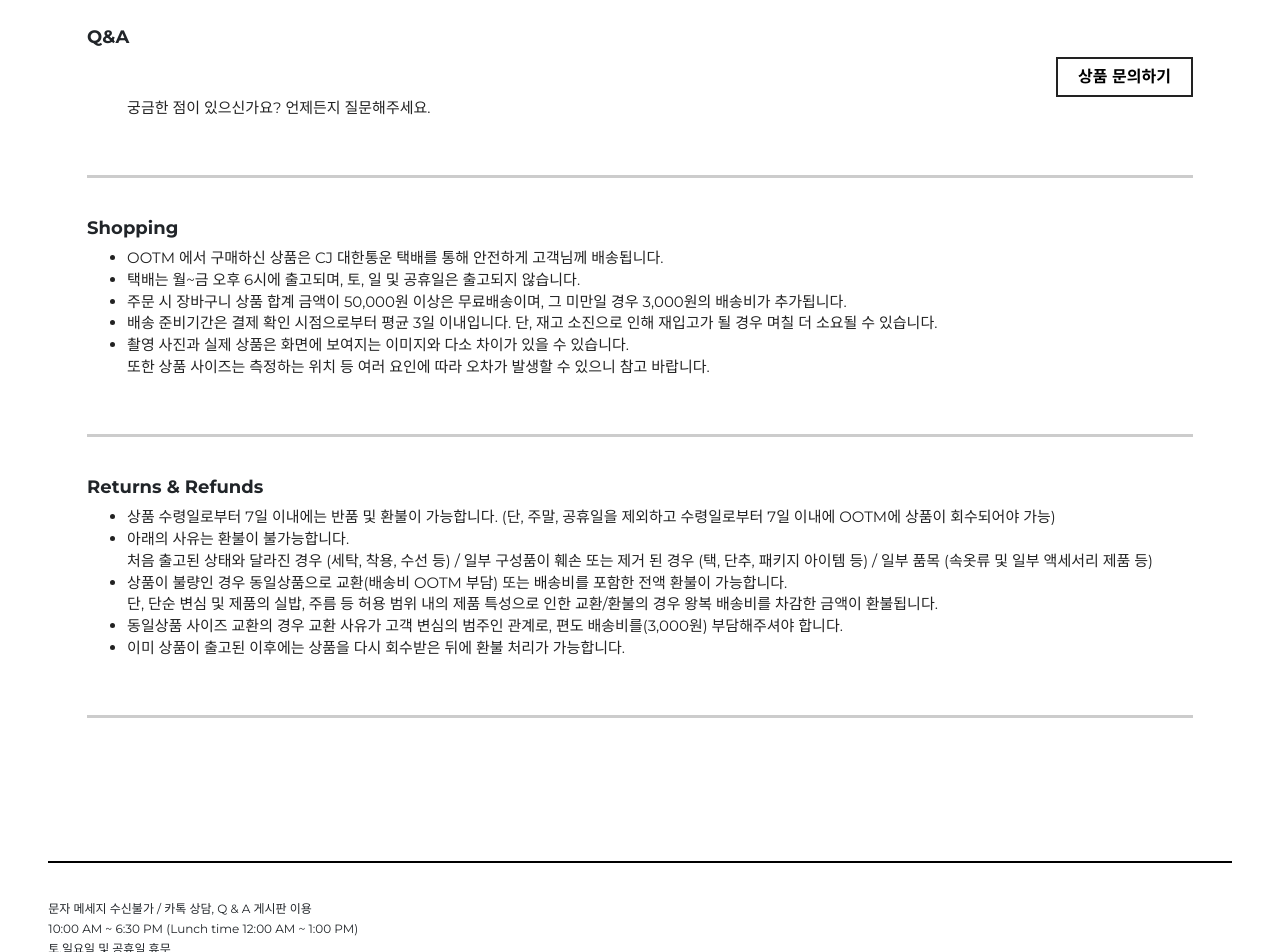
Repository: parkjunhoo/ootm
Page: ootm/src/main/webapp/html/1.html
The author's editor kept a copy of each file at every save. The page is drawn from the files as they stood at one save, then again after the next save.
The browser window is 1280 px wide. The pictures show the part of the page from y = 1776 to 2728 px (the page is 3130 px tall before and 3092 px after).
A picture or video elsewhere on the page could not be fetched, so the positions and the page height are approximate.

Above is the page before, as saved 2023-04-23 18:52:12.

### ootm/src/main/webapp/html/1.html

<!DOCTYPE html>
<html lang="ko">
<head>
<meta charset="UTF-8">
<meta name="viewport" content="width=device-width, initial-scale=1.0">
<link
	href="https://maxcdn.bootstrapcdn.com/bootstrap/4.5.2/css/bootstrap.min.css"
	rel="stylesheet">
<link
	href="https://fonts.googleapis.com/css?family=Montserrat:400,500,700"
	rel="stylesheet">
<link href="https://fonts.googleapis.com/earlyaccess/notosanskr.css"
	rel="stylesheet">

<title>홈쇼핑웹 상품 상세 페이지</title>
<link rel="icon" href="/ootm/images/favicon.ico">
<link rel="stylesheet" href="/ootm/css/1.css">

<script
	src="https://ajax.googleapis.com/ajax/libs/jquery/3.5.1/jquery.min.js"></script>
<script
	src="https://cdnjs.cloudflare.com/ajax/libs/popper.js/1.16.0/umd/popper.min.js"></script>
<script
	src="https://maxcdn.bootstrapcdn.com/bootstrap/4.5.2/js/bootstrap.min.js"></script>
<link
	href="https://maxcdn.bootstrapcdn.com/bootstrap/4.5.2/css/bootstrap.min.css"
	rel="stylesheet">
<link rel="stylesheet"
	href="https://cdnjs.cloudflare.com/ajax/libs/font-awesome/4.7.0/css/font-awesome.min.css">
<link rel="stylesheet" type="text/css" href="/ootm/component/header/header.css"/>
<link rel="stylesheet" type="text/css" href="/ootm/component/footer/footer.css"/>
      <style>
        .content-container {
            margin-left: 70px;
            margin-right: 70px;
        }
    </style>
</head>
<body>
	<header-component logoDark="true" logoHoverDark="true" mTextColor="black" bgHoverColor="#F9F9F9" menuBtnColor="black"></header-component>
	<div class="content-container">
	<!-- 섹션 1: 제품 이름 및 구매 버튼 -->

	<section style="padding-top:150px;">
		<h1>B 라벨 카라 T - NEW</h1>
		<span class="price-now">34,000</span>
		<div class="option-detail">
			Free : 95~105<br> 디테일 수정 및 컬러 변경 ! <br> 한경 : 170/58,
			베이지(삭제) 그린 블루(삭제) 블랙 착용<br> 이탁 : 170/52, 그레이 착용 - 추 후 피팅사진 업데이트
			예정
		</div>
		<div class="text-center">
			<div id="carouselExample" class="carousel slide" data-ride="carousel carousel-dark">
				<div class="carousel-inner">
					<div class="carousel-item active">
						<img src="../images/A.jpg" class="d-block w-50" alt="제품 이미지 1">
					</div>
					<div class="carousel-item">
						<img src="../images/B.jpg" class="d-block w-50" alt="제품 이미지 2">
					</div>
					<div class="carousel-item">
						<img src="../images/C.jpg" class="d-block w-50" alt="제품 이미지 3">
					</div>
				</div>
				<a class="carousel-control-prev" href="#carouselExample"
					role="button" data-slide="prev"> <span
					class="carousel-control-prev-icon" aria-hidden="true"></span> <span
					class="sr-only">이전</span>
				</a> <a class="carousel-control-next" href="#carouselExample"
					role="button" data-slide="next"> <span
					class="carousel-control-next-icon" aria-hidden="true"></span> <span
					class="sr-only">다음</span>
				</a>
			</div>
		</div>
		<!-- 위시리스트 버튼 -->
		<button class="wishlist-btn" onclick="toggleWishlist(this)">
		  <i class="fa fa-heart-o" aria-hidden="true"></i>
		</button>
		<script src="https://kit.fontawesome.com/your-font-awesome-kit.js" crossorigin="anonymous"></script>

		<button class="buy-now-button" data-toggle="modal" data-target="#orderModal">BUY NOW</button>
	</section>
	<!-- 팝업 상품 주문 폼 -->

	<div class="modal fade" id="orderModal" tabindex="-1" role="dialog"
		aria-labelledby="orderModalLabel" aria-hidden="true">
		<div class="modal-dialog" role="document">
			<div class="modal-content">
				<div class="modal-header">
					<h5 class="modal-title" id="orderModalLabel">상품 주문 폼</h5>
					<button type="button" class="close" data-dismiss="modal"
						aria-label="Close">
						<span aria-hidden="true">&times;</span>
					</button>
				</div>
				<div class="modal-body">
					<h3>옵션과 수량 선택</h3>
					<hr>
					<h4>컬러</h4>
					<button class="color-btn" onclick="selectColor(this)">Black</button>
					<button class="color-btn" onclick="selectColor(this)">Green</button>
					<button class="color-btn" onclick="selectColor(this)">Gray</button>
					<h4>사이즈</h4>
					<button class="size-btn" onclick="selectSize(this)">Free</button>

					<h4>수량</h4>
					<div class="quantity-container">
						<button class="quantity-btn" onclick="decreaseQuantity()">-</button>
						<input type="text" id="quantity" value="1" readonly>
						<button class="quantity-btn" onclick="increaseQuantity()">+</button>
					</div>
					<hr>
				</div>

				<div class="modal-footer">
					<button type="button" class="btn btn-secondary"
						data-dismiss="modal">Close</button>
					<button type="button" class="btn btn-primary">ADD TO BAG</button>
					<button type="button" class="btn btn-primary">BUY NOW</button>
				</div>
			</div>
		</div>
	</div>

	<!-- 섹션 2: 상세 정보 -->
	<section>
		<h1>상세 정보</h1>
		<img src="http://yam0513.diskn.com/top/TS/990392/a_01.jpg" style="display: block; margin: 0 auto;">
		<img src="http://yam0513.diskn.com/top/TS/990392/a_05.jpg"style="display: block; margin: 0 auto;">
	</section>
	<!-- 섹션 3: 리뷰 -->
	<section>
		<h1>리뷰</h1>
		<button class="review_button" data-toggle="modal" data-target="#reviewModal">리뷰
			작성하기</button>
			<ul>리뷰 작성 시 텍스트 리뷰 500원, 포토리뷰 + 텍스트 리뷰는 1,000원, 착용샷 + 텍스트는 2,000원의 적립금을 드립니다.</ul>
	</section>
	<!-- 팝업 리뷰 작성 폼 -->
	<div class="modal fade" id="reviewModal" tabindex="-1" role="dialog"
		aria-labelledby="reviewModalLabel" aria-hidden="true">
		<div class="modal-dialog" role="document">
			<div class="modal-content">
				<div class="modal-header">
					<h5 class="modal-title" id="reviewModalLabel">제품 이름</h5>
					<button type="button" class="close" data-dismiss="modal"
						aria-label="Close">
						<span aria-hidden="true">&times;</span>
					</button>
				</div>
				<div class="modal-body">
					<h3>리뷰를 남겨주세요</h3>

					<div id="rating">
						<!-- 별점 입력 부분 -->

						<fieldset class="rating">
							<input type="radio" id="star5" name="rating" value="5" /><label
								for="star5" title="5점">5 stars</label> <input type="radio"
								id="star4" name="rating" value="4" /><label for="star4"
								title="4점">4 stars</label> <input type="radio" id="star3"
								name="rating" value="3" /><label for="star3" title="3점">3
								stars</label> <input type="radio" id="star2" name="rating" value="2" /><label
								for="star2" title="2점">2 stars</label> <input type="radio"
								id="star1" name="rating" value="1" /><label for="star1"
								title="1점">1 star</label>
						</fieldset>

					</div>
					 <hr>
					 <hr><hr>
					<form id="reviewForm">
						<div class="form-group">
							<label for="reviewerName">이름</label> <input type="text"
								class="form-control" id="reviewerName" placeholder="이름을 입력하세요">
						</div>
						<div class="form-row">
							<div class="form-group col-md-4">
								<label for="reviewerHeight">키</label> <input type="number"
									class="form-control" id="reviewerHeight" placeholder="키를 입력하세요">
							</div>
							<div class="form-group col-md-4">
								<label for="reviewerWeight">체중</label> <input type="number"
									class="form-control" id="reviewerWeight"
									placeholder="체중을 입력하세요">
							</div>
							<div class="form-group col-md-4">
								<label for="productSize">상품 사이즈</label> <input type="text"
									class="form-control" id="productSize"
									placeholder="상품 사이즈를 입력하세요">
							</div>
						</div>
						<div class="form-group">
							<label for="reviewText">리뷰 내용</label>
							<textarea class="form-control" id="reviewText" rows="3"
								placeholder="리뷰 내용을 입력하세요"></textarea>
						</div>
						<div class="form-group">
							<label for="imageUpload">이미지 업로드</label> <input type="file"
								class="form-control-file" id="imageUpload">
						</div>
					</form>
				</div>
				<div class="modal-footer">
					<button type="button" class="btn btn-secondary"
						data-dismiss="modal">닫기</button>
					<button type="button" class="btn btn-primary"
						onclick="submitReview()">리뷰 작성하기</button>
				</div>
			</div>
		</div>
	</div>


	<!-- 섹션 4: Q&A -->
	<section>
		<h1 class="testh1">Q&A</h1>
		<button class="Q-A_button" data-toggle="modal" data-target="#productInquiryModal">
		상품 문의하기
</button>
<ul>궁금한 점이 있으신가요? 언제든지 질문해주세요.</ul>
	</section>
	<!-- 상품 문의하기 모달 -->
<div class="modal fade" id="productInquiryModal" tabindex="-1" role="dialog" aria-labelledby="productInquiryModalLabel" aria-hidden="true">
  <div class="modal-dialog" role="document">
    <div class="modal-content">
      <div class="modal-header">
        <h5 class="modal-title" id="productInquiryModalLabel">상품 문의하기</h5>
        <button type="button" class="close" data-dismiss="modal" aria-label="Close">
          <span aria-hidden="true">&times;</span>
        </button>
      </div>
      <div class="modal-body">
        <form id="productInquiryForm">
          <div class="form-group">
            <label for="inquirerName">이름</label>
            <input type="text" class="form-control" id="inquirerName" required>
          </div>
          <div class="form-group">
            <label for="inquirerPassword">비밀번호</label>
            <input type="password" class="form-control" id="inquirerPassword" required>
          </div>
          <div class="form-group">
            <label for="inquiryTitle">제목</label>
            <input type="text" class="form-control" id="inquiryTitle" required>
          </div>
          <div class="form-group">
            <label for="inquiryContent">문의 내용</label>
            <textarea class="form-control" id="inquiryContent" rows="3" required></textarea>
          </div>
          <div class="form-group">
            <label for="attachment">파일 첨부</label>
            <input type="file" class="form-control-file" id="attachment">
          </div>
        </form>
      </div>
      <div class="modal-footer">
        <button type="button" class="btn btn-secondary" data-dismiss="modal">닫기</button>
        <button type="button" class="btn btn-primary" onclick="submitInquiry()">문의하기</button>
      </div>
    </div>
  </div>
</div>


	<!-- 섹션 5: Shopping -->
	<section>
		<h1 class="testh1">Shopping</h1>
		<ul class="info-list .testfont">
			<li>OOTM 에서 구매하신 상품은 CJ 대한통운 택배를 통해 안전하게 고객님께 배송됩니다.</li>
			<li>택배는 월~금 오후 6시에 출고되며, 토, 일 및 공휴일은 출고되지 않습니다.</li>
			<li>주문 시 장바구니 상품 합계 금액이 50,000원 이상은 무료배송이며, 그 미만일 경우 3,000원의
				배송비가 추가됩니다.</li>
			<li>배송 준비기간은 결제 확인 시점으로부터 평균 3일 이내입니다. 단, 재고 소진으로 인해 재입고가 될 경우
				며칠 더 소요될 수 있습니다.</li>
			<li>촬영 사진과 실제 상품은 화면에 보여지는 이미지와 다소 차이가 있을 수 있습니다.<br> 또한 상품
				사이즈는 측정하는 위치 등 여러 요인에 따라 오차가 발생할 수 있으니 참고 바랍니다.
			</li>
		</ul>
	</section>
	<!-- 섹션 6: Returns & Refunds -->
	<section>
		<h1 class="testh1">Returns & Refunds</h1>
		<ul class="info-list .testfont">
			<li>상품 수령일로부터 7일 이내에는 반품 및 환불이 가능합니다. (단, 주말, 공휴일을 제외하고 수령일로부터
				7일 이내에 OOTM에 상품이 회수되어야 가능)</li>
			<li>아래의 사유는 환불이 불가능합니다.<br> 처음 출고된 상태와 달라진 경우 (세탁, 착용, 수선
				등) / 일부 구성품이 훼손 또는 제거 된 경우 (택, 단추, 패키지 아이템 등) / 일부 품목 (속옷류 및 일부 액세서리
				제품 등)
			</li>
			<li>상품이 불량인 경우 동일상품으로 교환(배송비 OOTM 부담) 또는 배송비를 포함한 전액 환불이 가능합니다.<br>
				단, 단순 변심 및 제품의 실밥, 주름 등 허용 범위 내의 제품 특성으로 인한 교환/환불의 경우 왕복 배송비를 차감한
				금액이 환불됩니다.
			</li>
			<li>동일상품 사이즈 교환의 경우 교환 사유가 고객 변심의 범주인 관계로, 편도 배송비를(3,000원)
				부담해주셔야 합니다.</li>
			<li>이미 상품이 출고된 이후에는 상품을 다시 회수받은 뒤에 환불 처리가 가능합니다.</li>
		</ul>
	</section>



	<script>
		function submitReview() {
			const reviewerName = document.getElementById("reviewerName").value;
			const reviewerHeight = document.getElementById("reviewerHeight").value;
			const reviewerWeight = document.getElementById("reviewerWeight").value;
			const productSize = document.getElementById("productSize").value;
			const reviewText = document.getElementById("reviewText").value;
			const rating = document
					.querySelector('input[name="rating"]:checked').value;
			const imageUpload = document.getElementById("imageUpload").files[0];

			const reviewSection = document.createElement("div");
			reviewSection.className = "review-section";

			const nameAndRating = document.createElement("div");
			nameAndRating.className = "name-and-rating";
			nameAndRating.innerHTML = `<strong>${reviewerName}</strong> <span>${rating}점</span>`;
			reviewSection.appendChild(nameAndRating);

			const heightAndWeight = document.createElement("div");
			heightAndWeight.className = "height-and-weight";
			heightAndWeight.innerHTML = `키: ${reviewerHeight}cm, 체중: ${reviewerWeight}kg, 사이즈: ${productSize}`;
			reviewSection.appendChild(heightAndWeight);

			const reviewContent = document.createElement("p");
			reviewContent.className = "review-content";
			reviewContent.textContent = reviewText;
			reviewSection.appendChild(reviewContent);

			if (imageUpload) {
				const imageUrl = URL.createObjectURL(imageUpload);
				const reviewImage = document.createElement("img");
				reviewImage.src = imageUrl;
				reviewImage.className = "review-image";
				reviewSection.appendChild(reviewImage);
			}

			document.querySelector("section:nth-child(3)").appendChild(
					reviewSection);
			$("#reviewModal").modal("hide");
		}
		function increaseQuantity() {
			let quantityInput = document.getElementById('quantity');
			let quantity = parseInt(quantityInput.value);
			quantityInput.value = quantity + 1;
		}

		function decreaseQuantity() {
			let quantityInput = document.getElementById('quantity');
			let quantity = parseInt(quantityInput.value);
			if (quantity > 1) {
				quantityInput.value = quantity - 1;
			}
		}
		function selectColor(btn) {
			let colorButtons = document.getElementsByClassName('color-btn');
			for (let i = 0; i < colorButtons.length; i++) {
				colorButtons[i].classList.remove('selected');
			}
			btn.classList.add('selected');
		}

		function selectSize(btn) {
			let sizeButtons = document.getElementsByClassName('size-btn');
			for (let i = 0; i < sizeButtons.length; i++) {
				sizeButtons[i].classList.remove('selected');
			}
			btn.classList.add('selected');
		}
		function submitReview() {
			const reviewerName = document.getElementById('reviewerName').value;
			const reviewText = document.getElementById('reviewText').value;

			const reviewSection = document
					.querySelector('section:nth-of-type(3)');
			const newReview = document.createElement('div');
			const reviewName = document.createElement('h4');
			const reviewContent = document.createElement('p');

			reviewName.textContent = reviewerName;
			reviewContent.textContent = reviewText;
			newReview.appendChild(reviewName);
			newReview.appendChild(reviewContent);
			reviewSection.appendChild(newReview);

			$('#reviewModal').modal('hide');
			document.getElementById('reviewForm').reset();
		}

		function toggleWishlist(btn) {
			  var heartIcon = btn.querySelector("i");

			  if (heartIcon.classList.contains("fa-heart-o")) {
			    heartIcon.classList.remove("fa-heart-o");
			    heartIcon.classList.add("fa-heart");
			  } else {
			    heartIcon.classList.remove("fa-heart");
			    heartIcon.classList.add("fa-heart-o");
			  }
			}
	</script>
	<script src="https://code.jquery.com/jquery-3.5.1.slim.min.js"></script>
	<script
		src="https://cdn.jsdelivr.net/npm/@popperjs/core@2.9.3/dist/umd/popper.min.js"></script>
	<script
		src="https://maxcdn.bootstrapcdn.com/bootstrap/4.5.2/js/bootstrap.min.js"></script>
	<script src="../component/header/header.js"></script>
	<script src="../component/footer/footer.js"></script>


</div>
<!-- 푸터 -->
	<footer-component> </footer-component>
</body>
</html>

### ootm/src/main/webapp/css/1.css
@charset "UTF-8";

section {
	margin-bottom: 20px;
}


button {

    background-color: transparent;
    border: 2px solid #222;
    font-family: 'Montserrat', 'Noto Sans KR', sans-serif;
    font-size: 13px;
    font-weight: 600;
    outline: none;
    -webkit-appearance: none;
    height: 40px;
    line-height: 38px;
    padding: 0 20px;
    position: relative;
    text-align: center;
    transition: all .15s ease-out;

}

body {
	font-family: 'Montserrat', 'Noto Sans KR', sans-serif !important;
	/* 기존 스타일 코드 */
}

h1, h2, p {
	font-family:'Montserrat', 'Noto Sans KR', sans-serif;
}

.carousel {
	display: flex;
	justify-content: center;
	align-items: center;
}

.carousel img {
	max-width: 100%; /* 이미지 크기가 섹션 1의 크기를 초과하지 않도록 설정 */
}
section {
  max-width: 97%;
  margin : 0 auto;
  margin-bottom: 40px;
  padding-bottom: 40px;
  border-bottom: 3px solid #ccc; /* 선 색상을 원하는 대로 변경할 수 있습니다. */
}
section ul {
    color: #222;
    font-family: 'Montserrat', 'Noto Sans KR', sans-serif;
    font-size: 15px;
    font-weight: 400;
    line-height: 1.45;
    -webkit-text-size-adjust: 100%;
    -ms-text-size-adjust: 100%;
    width: 100%;
    overflow-x: hidden;
}
.carousel-inner img {
  display: block;
  margin-left: auto;
  margin-right: auto;
}
     .selected {
        /* 선택된 상태의 스타일을 여기에 추가하세요. 예: 배경색 변경 */
        background-color: #ccc;
    }
    .modal-body {
			text-align: center;
		}

		.color-btn,
		.size-btn,
		.quantity-btn {
			border: none;
			padding: 5px 15px;
			background-color: #f1f1f1;
			margin: 5px;
			cursor: pointer;
		}

		.color-btn:hover,
		.size-btn:hover,
		.quantity-btn:hover {
			background-color: #ddd;
		}

		.color-btn.selected,
		.size-btn.selected {
			background-color: #007bff;
			color: white;
		}

		.quantity-container {
			display: inline-flex;
		}

		#quantity {
			width: 50px;
			text-align: center;
		}
.rating {
  border: none;
  float: left;
}

.rating > input {
  display: none;
}

.rating > label:before {
  margin: 5px;
  font-size: 1.25em;
  font-family: 'FontAwesome'; /* 이 부분이 변경되었습니다. */
  display: inline-block;
  content: "\f005";
}

.rating > label {
  color: #ddd;
  float: right;
}

.rating > input:checked ~ label,
.rating:not(:checked) > label:hover,
.rating:not(:checked) > label:hover ~ label {
  color: #ffcc00;
}

.rating > input:checked + label:hover,
.rating > input:checked ~ label:hover,
.rating > label:hover ~ input:checked ~ label,
.rating > input:checked ~ label:hover ~ label {
  color: #ffcc00;
}
   .content-container {
            margin-left: 90px;
            margin-right: 90px;
        }
info-list{
	color: #222;
    font-family: 'Montserrat', 'Noto Sans KR', sans-serif;
    font-size: 20px;
}

   .Q-A_button, .review_button, .buy-now-button {
          float: right;
        }



 .wishlist-btn {
  background: none;
  border: none;
  cursor: pointer;
  outline: none;
}
.wishlist-btn:focus{
	border: none;
  	outline: none;
}

.wishlist-btn .fa-heart-o {
  font-size: 1.5em;
  color: #000;
}

.wishlist-btn .fa-heart {
  font-size: 1.5em;
  color: red;
}
.price-now , .option-detail{
	font-family: 'Montserrat', 'Noto Sans KR', sans-serif;
}
.price-now{
	font-size: 32px;
	font-weight: bold;
	color:#222222;
}
.option-detail{
	margin-top:30px;
	font-size: 12px;
	font-weight: 300;
	color:#222222;
}

.carousel-control-prev-icon{
       background-color:black;
       filter: invert(100%);
    }
.carousel-control-next-icon{
   background-color:black;
   filter: invert(100%);
}

.testh1{
	font-size: 18px;
	font-weight: bold;
}
.testfont{
	font-size: 13px;
}

### ootm/src/main/webapp/component/footer/footer.css
footer{
    background-color: white;
    max-width: 100%;
    padding:8vh 30px 8vh 30px;
    margin-top:30px;
    font-family: 'Montserrat', 'Noto Sans KR', sans-serif;
    clear: both;
}
.footerOuter{
    width:97%;
    margin:0 auto;
    padding: 30px 0 30px 0;
}
.footerOuter>hr{
    height: 1.3px;
    background-color: black;
    margin-bottom: 5vh;
}
.footerOuter h5{
    font-size: 13px;
    font-weight: 700;
    margin-bottom: 15px;
}
.footerContentDiv{
    width: 100%;
    display: flex;
    font-weight: 400;
    font-size: 12px;
    line-height: 1.65;
}

.deskInfo{
    width: 100%;
}
.deskLinkDiv{
    display: flex;
    padding-top:10px;
    width: 100%;
    height: 100%;
}
.deskLinkDiv a{
    margin-right:10px;
    font-weight: bold;
    color:black;
    text-decoration: none;
}

.footerTextUnderline{
    width: 0%;
    height: 1px;
    background-color: #222;
    transition: .5s;
}

.deskLinkDiv a:hover>.footerTextUnderline{
    width:100%;
}


.footerContentLeftDiv{
    width: 50%;
}
.footerContentRightDiv{
    width: 50%;
    display: flex;
}
.footerContentRightDiv>div{
    width: 25%;
}
.footerIconMenu{
    width:1%;
}

.footerContentRightDiv .date{
    color: #aaa;
    font-size: 11px;
    margin-left: 5px;
}
.footerMenuDiv a{
    display: block;
    text-decoration: none;
    color:black;
}

.companyDescDiv{
    margin-top: 40px;
}
.companyDescDiv ul{
    display: flex;
    flex-wrap: wrap;
    width: 50%;
    white-space: nowrap;
    color:#787878;
}
.companyDescDiv ul>li{
    font-size: 11px;
    line-height: 1.65;
    padding-right: 10px;
}
.copyright{
    color:#aaa;
    font-size:11px;
    margin-top:15px;
}



@media (max-width:1300px){
    .footerContentDiv{
        display: block;
    }
    .footerContentLeftDiv{
        width: 100%;
        padding-bottom: 30px;
    }
    .footerContentRightDiv{
        width: 100%;
        padding-top: 30px;
    }
}

@media (max-width:1000px){
    .footerContentRightDiv{
        width: 0%;
        display: none;
    }
}


footer ol,footer ul {
	list-style: none;
    padding-inline-start: 0px;

}
footer p{
 	margin-block-start: 0;
    margin-block-end: 0;
    margin-inline-start: 0px;
    margin-inline-end: 0px;
}

Loaded but not shown: ootm/src/main/webapp/component/header/header.js (584 lines, source omitted); ootm/src/main/webapp/component/footer/footer.js (307 lines, source omitted); ootm/src/main/webapp/component/header/header.css (530 lines, source omitted)

After the next save:
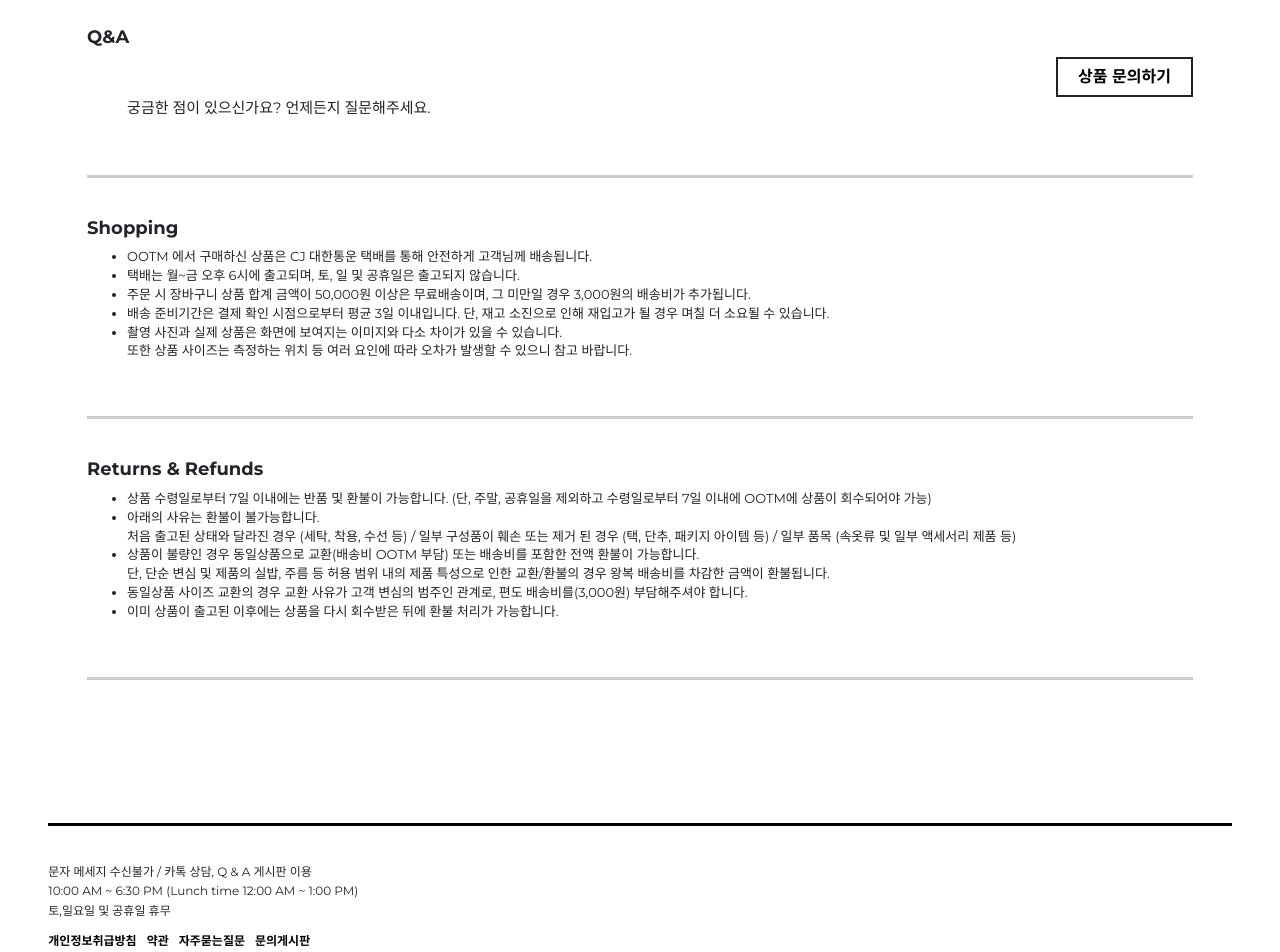
Saved 8 s later.
--- a/ootm/src/main/webapp/html/1.html
+++ b/ootm/src/main/webapp/html/1.html
@@ -267,7 +267,7 @@
 	<!-- 섹션 5: Shopping -->
 	<section>
 		<h1 class="testh1">Shopping</h1>
-		<ul class="info-list .testfont">
+		<ul class="info-list testfont">
 			<li>OOTM 에서 구매하신 상품은 CJ 대한통운 택배를 통해 안전하게 고객님께 배송됩니다.</li>
 			<li>택배는 월~금 오후 6시에 출고되며, 토, 일 및 공휴일은 출고되지 않습니다.</li>
 			<li>주문 시 장바구니 상품 합계 금액이 50,000원 이상은 무료배송이며, 그 미만일 경우 3,000원의
@@ -282,7 +282,7 @@
 	<!-- 섹션 6: Returns & Refunds -->
 	<section>
 		<h1 class="testh1">Returns & Refunds</h1>
-		<ul class="info-list .testfont">
+		<ul class="info-list testfont">
 			<li>상품 수령일로부터 7일 이내에는 반품 및 환불이 가능합니다. (단, 주말, 공휴일을 제외하고 수령일로부터
 				7일 이내에 OOTM에 상품이 회수되어야 가능)</li>
 			<li>아래의 사유는 환불이 불가능합니다.<br> 처음 출고된 상태와 달라진 경우 (세탁, 착용, 수선
